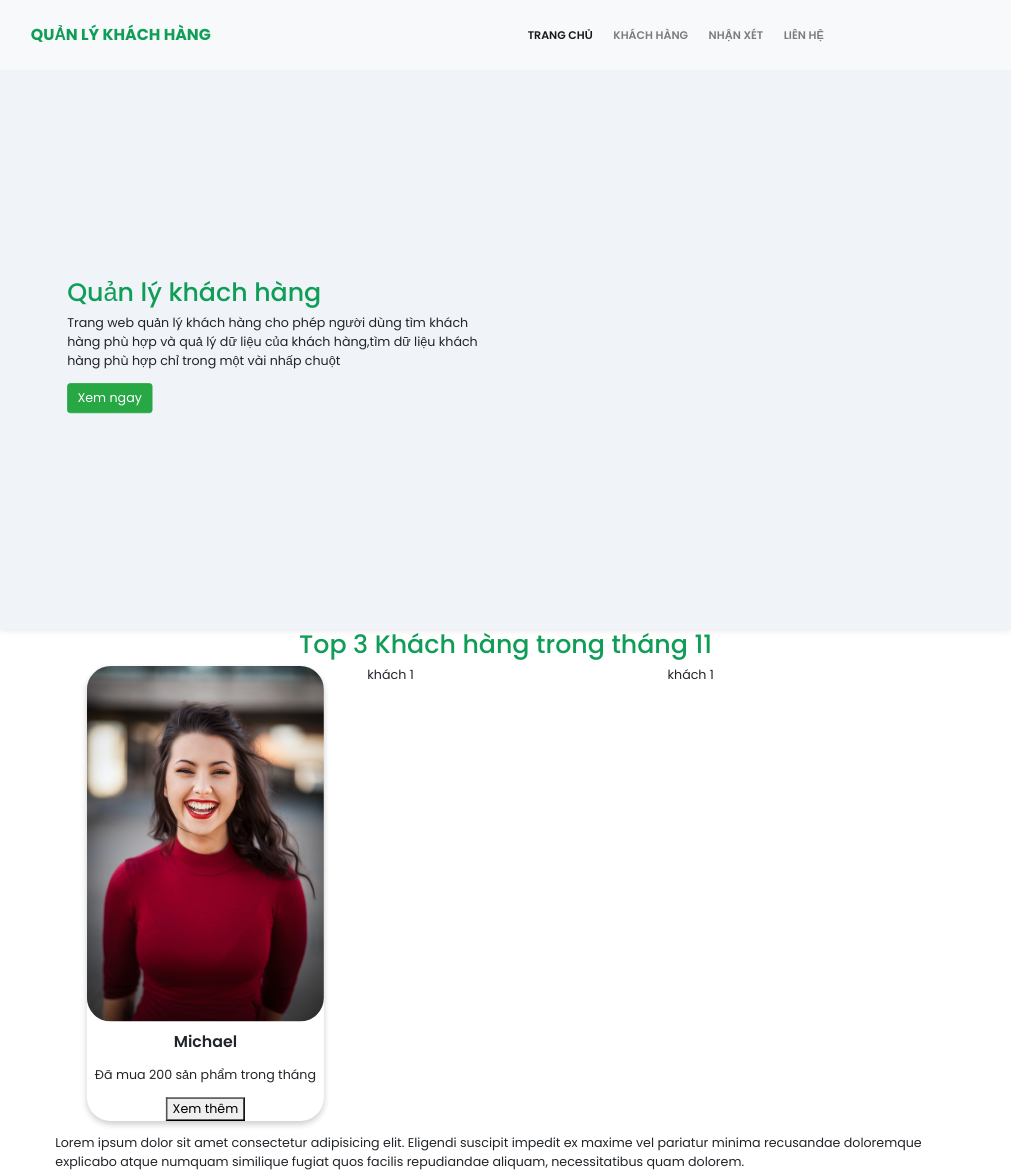
Repository: huutien1904/bt2-ltw
Page: index.html
An editor plug-in stored every save of this project. The page is shown before and after the next save, followed by the edit.
The browser window is 1280 px wide. The pictures show the whole page, at 79% of full size.

Above is the page before, as saved 2021-11-04 08:57:55.

After the next save:
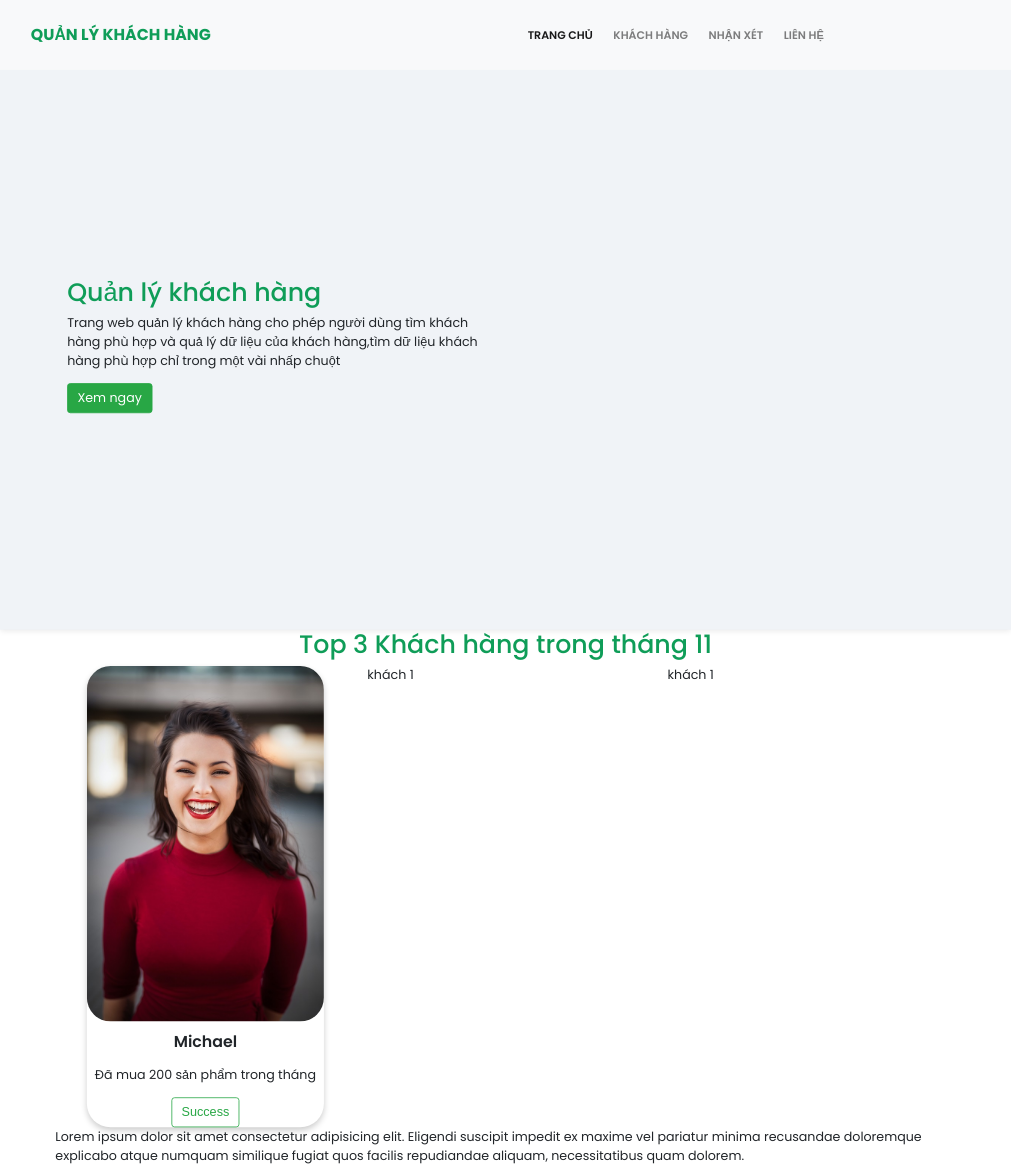
Saved 55 s later.
--- a/index.html
+++ b/index.html
@@ -109,7 +109,7 @@
             <img src="./img/michael-dam-mEZ3PoFGs_k-unsplash.jpg" alt="Denim Jeans" style="width:100%">
             <p class="customer_top-name">Michael</p>
             <p>Đã mua 200 sản phẩm trong tháng</p>
-            <p><button>Xem thêm</button></p>
+            <button type="button" class="btn btn-outline-success">Success</button>
           </div>
         </div>
         <div class="col-md-4 col-sm-12">
